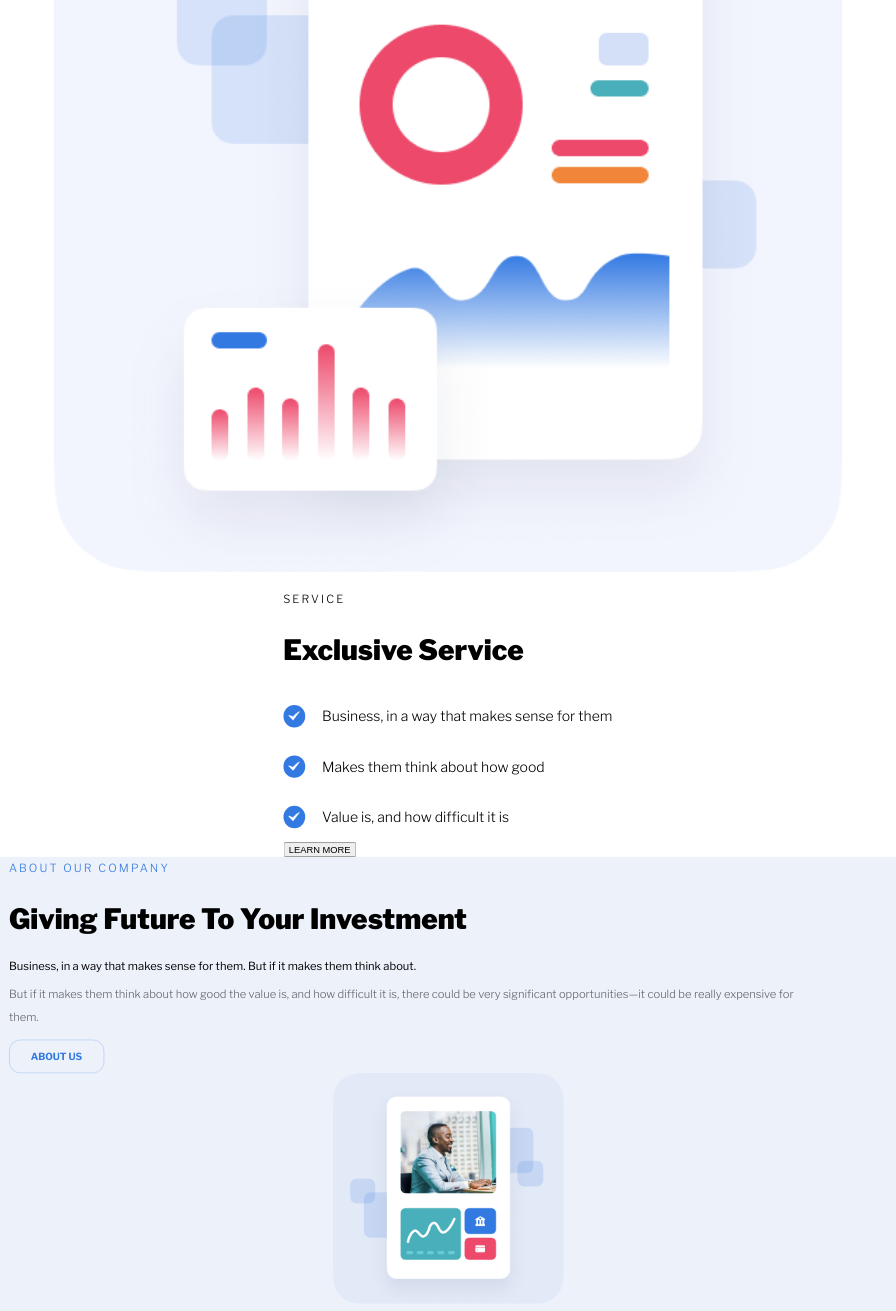
Repository: adryelfelipe/frontend-prova
Page: prova-figma/Prova/index.html
These files come from the project's save history. The page is drawn as it stood at one moment and after a run of saves; the edit follows.
The browser window is 1280 px wide. The pictures show the part of the page from y = 1953 to 3873 px (the page is 3826 px tall before and 3873 px after), at 70% of full size.

Above is the page before, as saved 2026-06-22 19:24:55.

### prova-figma/Prova/index.html
<!DOCTYPE html>
<html lang="en">
<head>
    <meta charset="UTF-8">
    <meta name="viewport" content="width=device-width, initial-scale=1.0">
    <link rel="stylesheet" href="style/variaveis.css">
    <link rel="stylesheet" href="./style/style.css">
    <title>Document</title>
</head>
<body>
    <header>
        <h2>MNY</h2>

        <nav>
            <p>About</p>
            <p>Features</p>
            <p>Services</p>
            <p>Pricing</p>
            <p>Blog</p>
        </nav>

        <button>CONTACT</button>

        <img src="./assets/icon/hamburguer.svg" alt="">
    </header>
    <main>
        <section class="hero">
            <article class="hero-first-article">
                <h3 class="subtitle-base hero-subtitle">MAKE MONEY</h3>
                <h1 class="title-base hero-title">Grow Your Money Like Never Before</h1>
                <p class="paragraph hero-paragraph">Business, in a way that makes sense for them. But if it makes them think about how good the value.</p>
                <button class="hero-button">GET STARTED</button>
            </article>
            <article class="hero-second-article">
                <!-- <img class src="assets/img/homem-terno.png" alt=""> -->
            </article>
        </section>

        <section class="service">
            <div class="service-container">
                <article class="service-card">
                    <div class="bg-icon-fly">
                        <img src="./assets/icon/icon1-fly-section2.svg" class="icon-fly" alt="">
                    </div>

                    <h3 class="subtitle-tertiary">Strong Security</h3>
                    <p class="paragraph">Way that makes sense for them. But if it makes them think about how good the value is, and how difficult it is.</p>
                </article>

                <article class="service-card">
                    <div class="bg-icon-backpack">
                        <img src="./assets/icon/icon2-backpack-section2.png" class="icon-backpack" alt="">
                    </div>

                    <h3 class="subtitle-tertiary">Creative Solutions</h3>
                    <p class="paragraph">But if it makes them think about how good the value is, and how difficult it is, there could be very significant.</p>
                </article>

                <article class="service-card">
                    <div class="bg-icon-rocket">
                        <img src="./assets/icon/icon3-rocket-section2.png" class="icon-rocket" alt="">
                    </div>

                    <h3 class="subtitle-tertiary">Free Online</h3>
                    <p class="paragraph">Good the value is, and how difficult it is, there could be very significant opportunities.</p>
                </article>
            </div>

            <div class="service-container-line">

            </div>

            <img src="./assets/img/infos-section2.png" class="service-img" alt="">

            <article service-final-article>
                <h3 class="subtitle-base">SERVICE</h3>
                <h2 class="subtitle-secondary">Exclusive Service</h2>

                <div class="service-subcard">
                    <div class="bg-icon-correct">
                        <img src="./assets/icon/correct-icon-section2.png" class="icon-correct" alt="">
                    </div>

                    <p class="paragraph-base">Business, in a way that makes sense for them</p>
                </div>

                <div class="service-subcard">
                    <div class="bg-icon-correct">
                        <img src="./assets/icon/correct-icon-section2.png" class="icon-correct" alt="">
                    </div>

                    <p class="paragraph-base">Makes them think about how good</p>
                </div>

                <div class="service-subcard">
                    <div class="bg-icon-correct">
                        <img src="./assets/icon/correct-icon-section2.png" class="icon-correct" alt="">
                    </div>

                    <p class="paragraph-base">Value is, and how difficult it is</p>
                </div>

                <button>LEARN MORE</button>
            </article>
        </section>
        <section class="our-company">
            <article class="company-first-article">
                <h3 class="subtitle-base company-subtitle">ABOUT OUR COMPANY</h3>
                <h2 class="subtitle-secondary">Giving Future To Your Investment</h2>
                <p class="company-paragraph">Business, in a way that makes sense for them. But if it makes them think about.</p>
                <p class="paragraph company-paragraph-second">But if it makes them think about how good the value is, and how difficult it is, there could be very significant opportunities—it could be really expensive for them.</p>
                <button class="company-button">ABOUT US</button>
            </article>
            <article class="company-second-article">
                <img src="assets/img/our-company.png" alt="">
            </article>
        </section>
        <section>

        </section>
    </main>
</body>
</html>

### prova-figma/Prova/style/variaveis.css
@import url('https://fonts.googleapis.com/css2?family=Libre+Franklin:ital,wght@0,100..900;1,100..900&display=swap');

:root {
    --primary-color: #FFFFFF;
    --header-icon-border-color: rgba(255, 255, 255, 0.3);
    --bg-color: rgba(50, 121, 226, 1);

    --subtitle: rgba(170, 196, 234, 1);

    --normal-line: rgba(213, 214, 225, 1);

    /*Icons Session 2*/
    --bg-icon-fly: rgba(230, 247, 248, 1);
    --bg-icon-backpack: rgba(252, 237, 240, 1);
    --bg-icon-rocket: rgba(253, 243, 230, 1);
    --bg-icon-correct: rgba(50, 121, 226, 1);

    --icon-fly-color: rgba(73, 175, 186, 1);
    --icon-backpack-color: rgba(237, 73, 107, 1);
    --icon-rocket-color: rgba(241, 134, 59, 1);
    --icon-correct-color: rgba(255, 255, 255, 1)
}

.title-base{
    font-family: 'Libre Franklin';
    font-weight: 900;
    font-size: 3.5rem;
    line-height: 64px;
    letter-spacing: -1px;
}

.subtitle-base{
    margin: 0;
    font-family: 'Libre Franklin';
    font-weight: 300;
    font-size: 1rem;
    line-height: 32px;
    letter-spacing: 3px;
    text-transform: uppercase;
}

.subtitle-secondary{
    font-family: 'Libre Franklin';
    font-weight: 900;
    font-size: 2.5rem;
    line-height: 48px;
    letter-spacing: 0px;
}

.subtitle-tertiary{
    font-family: Libre Franklin;
    font-weight: 900;
    font-size: 24px;
    line-height: 32px;
    letter-spacing: 0px;
}

.paragraph{
    font-family: 'Libre Franklin';
    font-weight: 300;
    font-size: 1rem;
    line-height: 32px;
    letter-spacing: 0px;
}

.paragraph-base{
    font-family: Libre Franklin;
    font-weight: 300;
    font-size: 20px;
    line-height: 32px;
    letter-spacing: 0px;
    width: 90%;
}

### prova-figma/Prova/style/style.css
body{
    font-family:"Libre Franklin";
    margin: 0px;
}

/* HEADER */
header{
    display: flex;
    justify-content: space-around;
    align-items: center;
    background-color: var(--bg-color);
}

header nav{
    display: none;
}

header button{
    display: none;
}

header img {
    border: solid 1px var(--header-icon-border-color);
    border-radius: 16px;
}

header h2 {
    color: var(--primary-color);
}


/* SECTION HERO */
.hero{
    background: linear-gradient(135deg, #3279E2 0%, #CACAEB 100%);
    margin-bottom: 80px;
}

.hero-first-article{
    width: 98%;                     /*OBSERVAÇÃO IMPORTANTE EM QUESTÃO          DO POSICIONAMENTO E FIDELIDADE AO FIGMA*/
    justify-self: center;           /*O POSICIONAMENTO FOI ALTERADO POIS, EMBORA A TIPOGRAFIA TENHA SIDO COPIADA EXTRITAMENTE SEMLHANTE AO FIGMA OS TAMANHOS E POSICIONAMENTOS DA TELA NA RESOLUÇÃO MÍNIMA INDICADA NÃO DARIAM CERTO*/
}

.hero-subtitle{
    color: var(--subtitle);
}

.hero-title{
    color: var(--primary-color);
}

.hero-paragraph{
    color: rgba(255, 255, 255, 0.5);
}

.hero-button{
    background-color: rgba(17, 17, 17, 1);
    color: var(--primary-color);
    padding: 16px 30px;
    font-family: Libre Franklin;
    font-weight: 700;
    font-size: 14px;
    line-height: 100%;
    letter-spacing: 0px;
    text-align: center;
    text-transform: uppercase;
    border: none;
    border-radius: 16px;
}

/* .hero-second-article{
    width: 405px;
    height: 80%;
}

.image{
    object-fit: cover;

} */

/* SECTION SERVICE */
.service {
    display: flex;
    flex-direction: column;
    align-items: center;
}

.service-container {
    display: flex;
    flex-direction: column;
    gap: 64px;
}

.service-container-line {
    height: 1px;
    background-color: var(--normal-line);
    width: 85vw;
    justify-self: center;
    margin-top: 80px;
    margin-bottom: 95px;
}

.service-img {
    justify-self: center;
    width: 88vw;
    height: 88vw;
}

.service-card {
    display: flex;
    flex-direction: column;
}

.service-card p {
    width: 306px;
}

.bg-icon-fly {
    display: flex;
    justify-content: center;
    align-items: center;
    border-radius: 100px;
    width: 6rem;
    height: 6rem;
    background-color: var(--bg-icon-fly)
}

.icon-fly {
    height: 2rem;
    width: 3rem;
}

.bg-icon-backpack {
    display: flex;
    justify-content: center;
    align-items: center;
    border-radius: 100px;
    width: 6rem;
    height: 6rem;
    background-color: var(--bg-icon-backpack)
}

.icon-backpack {
    height: 2,5rem;
    width: 3rem;
}

.bg-icon-rocket {
    display: flex;
    justify-content: center;
    align-items: center;
    border-radius: 100px;
    width: 6rem;
    height: 6rem;
    background-color: var(--bg-icon-rocket)
}

.icon-rocket {
    height: 3rem;
    width: 3rem;
}

.bg-icon-correct {
    display: flex;
    justify-content: center;
    align-items: center;
    border-radius: 100px;
    width: 2rem;
    height: 2rem;
    background-color: var(--bg-icon-correct)
}

.icon-correct {
    width: 1rem;
    height: 0,8rem;
    color: var(--icon-correct-color);
}

.service-subcard {
    display: flex;
    align-items: center;
    gap: 24px;
}

.service-final-article h2 {
    width: 195px;
    height: 95px;
}
/* SECTION OUR COMPANY */

.our-company{
    background-color: rgba(236, 241, 250, 1);
}

.company-subtitle{
    color: rgba(50, 121, 226, 1);
}

.company-paragraph{

}

.company-button{
    background-color: transparent;
    color: rgba(50, 121, 226, 1);
    padding: 16px 30px;
    font-family: Libre Franklin;
    font-weight: 700;
    font-size: 14px;
    line-height: 100%;
    letter-spacing: 0px;
    text-align: center;
    text-transform: uppercase;
    border: 1px solid rgba(50, 121, 226, 0.3);
    border-radius: 16px;
}

.company-paragraph-second{
    color: rgba(51, 51, 51, 0.75);
    width: 90%;
}

.company-first-article{
    width: 98%;
    justify-self: center;
}

.company-second-article{
    justify-self: center;
}

After the next 4 saves:
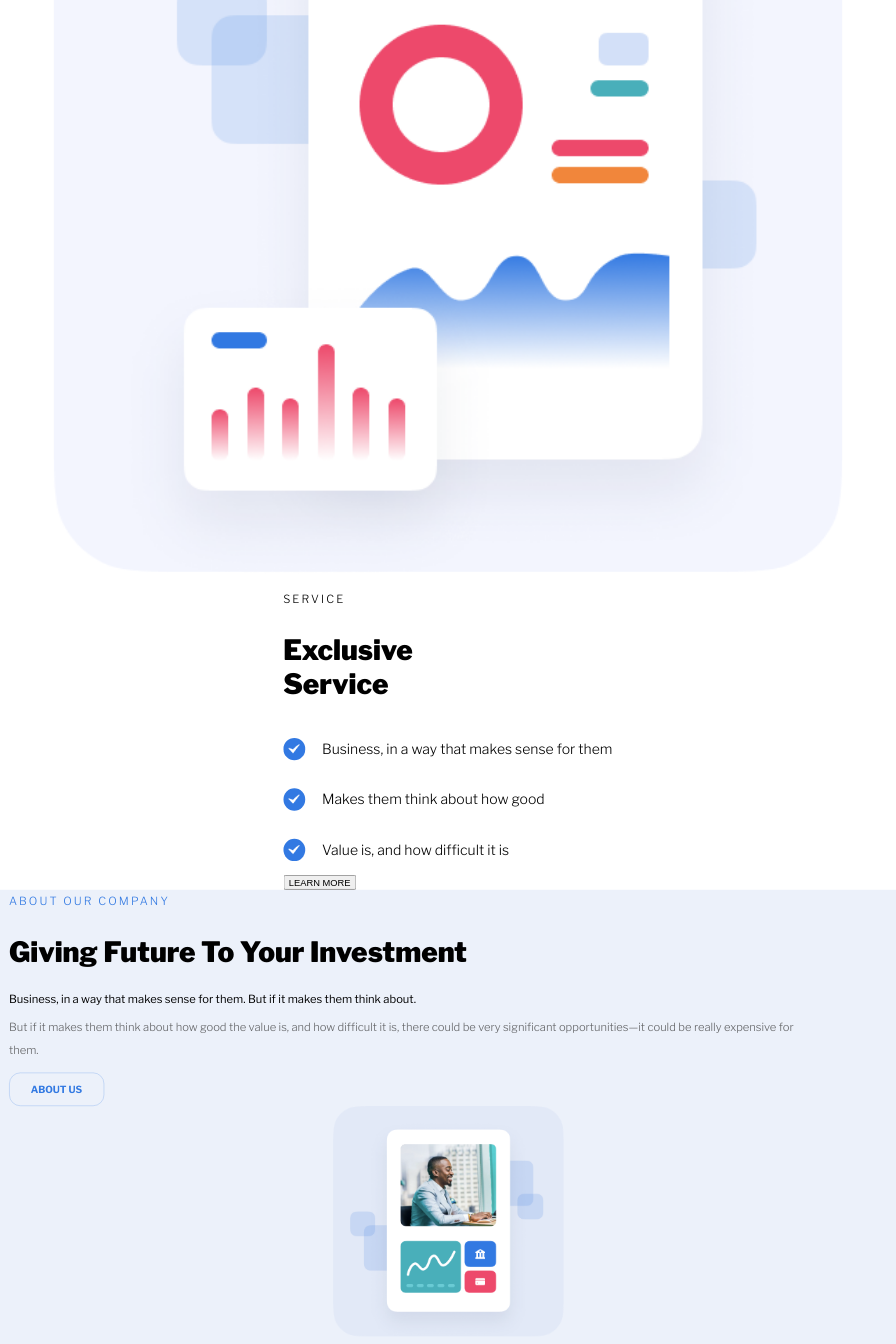
The 4 saves are shown as one change because they came seconds apart.
The last was saved 21 s later.
--- a/prova-figma/Prova/index.html
+++ b/prova-figma/Prova/index.html
@@ -72,7 +72,7 @@
 
             <img src="./assets/img/infos-section2.png" class="service-img" alt="">
 
-            <article service-final-article>
+            <article class="service-final-article">
                 <h3 class="subtitle-base">SERVICE</h3>
                 <h2 class="subtitle-secondary">Exclusive Service</h2>
 
